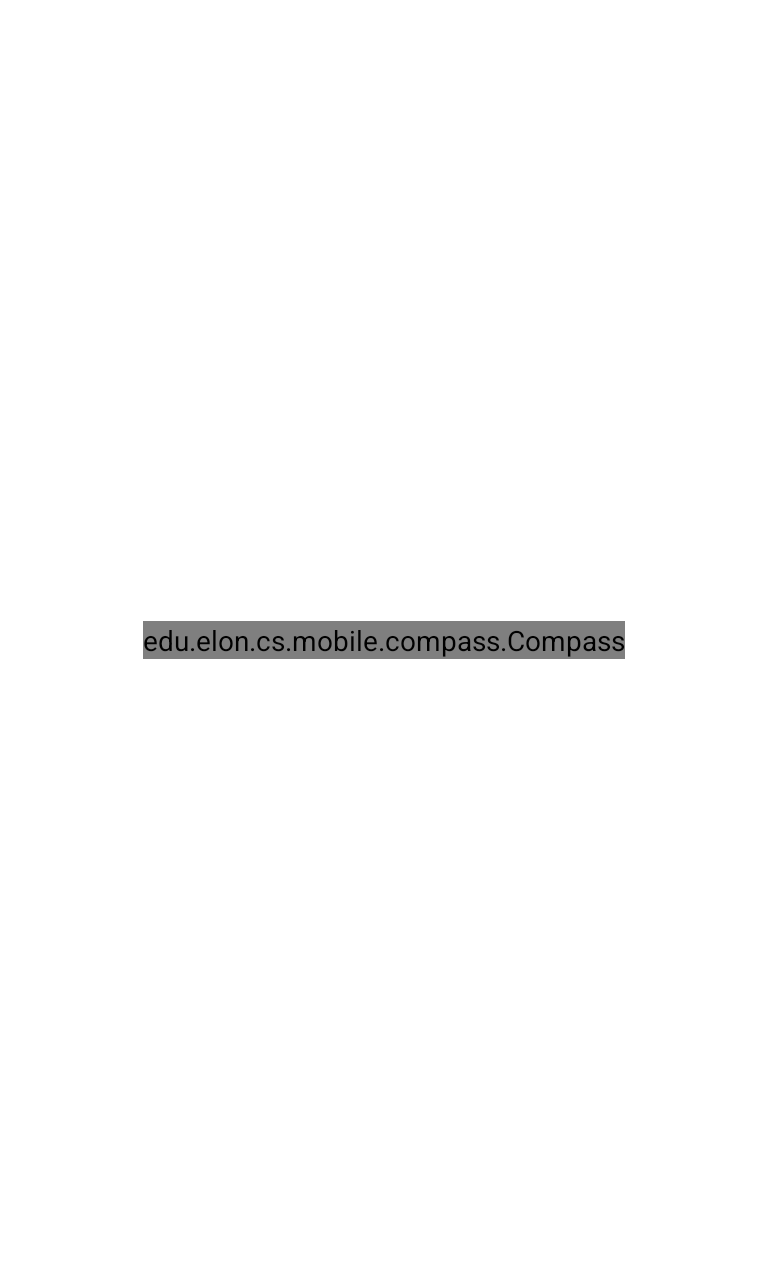
Repository: cryder3/csc303
Layout: Compass/res/layout/activity_main.xml
An editor plug-in stored every save of this project. The layout is shown before and after the next save, followed by the edit.
Pictures or frames that could not be fetched are drawn as grey boxes. It is drawn on a 768 x 1280 px phone screen (xhdpi) without system bars, with theme AppTheme; the app's code is not run.

Above is the layout before, as saved 2014-09-11 15:00:54.

### Compass/res/layout/activity_main.xml
<RelativeLayout xmlns:android="http://schemas.android.com/apk/res/android"
    xmlns:tools="http://schemas.android.com/tools"
    android:layout_width="match_parent"
    android:layout_height="match_parent"
    android:gravity="center"
    android:background="#FFFFFF"
    tools:context="${relativePackage}.${activityClass}" >

    <edu.elon.cs.mobile.compass.Compass
        android:id="@+id/compass"
        android:layout_width="wrap_content"
        android:layout_height="wrap_content"
        android:text="@drawable/compass" />

</RelativeLayout>

Loaded but not shown: Compass/res/values/styles.xml (common file); Compass/res/values-v11/styles.xml (common file); Compass/res/values-v14/styles.xml (common file)

After the next save:
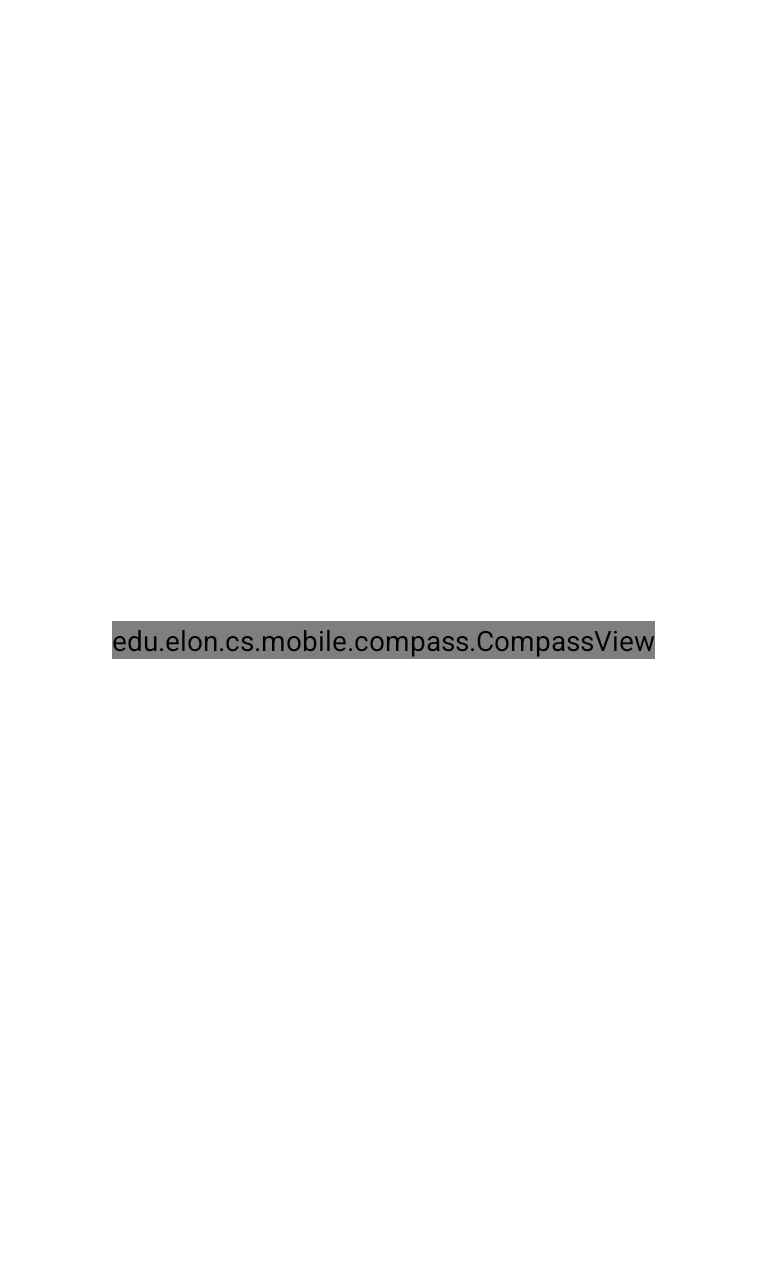
Saved 7 min 12 s later.
--- a/Compass/res/layout/activity_main.xml
+++ b/Compass/res/layout/activity_main.xml
@@ -6,8 +6,8 @@
     android:background="#FFFFFF"
     tools:context="${relativePackage}.${activityClass}" >
 
-    <edu.elon.cs.mobile.compass.Compass
-        android:id="@+id/compass"
+    <edu.elon.cs.mobile.compass.CompassView
+        android:id="@+id/compassview"
         android:layout_width="wrap_content"
         android:layout_height="wrap_content"
         android:text="@drawable/compass" />
